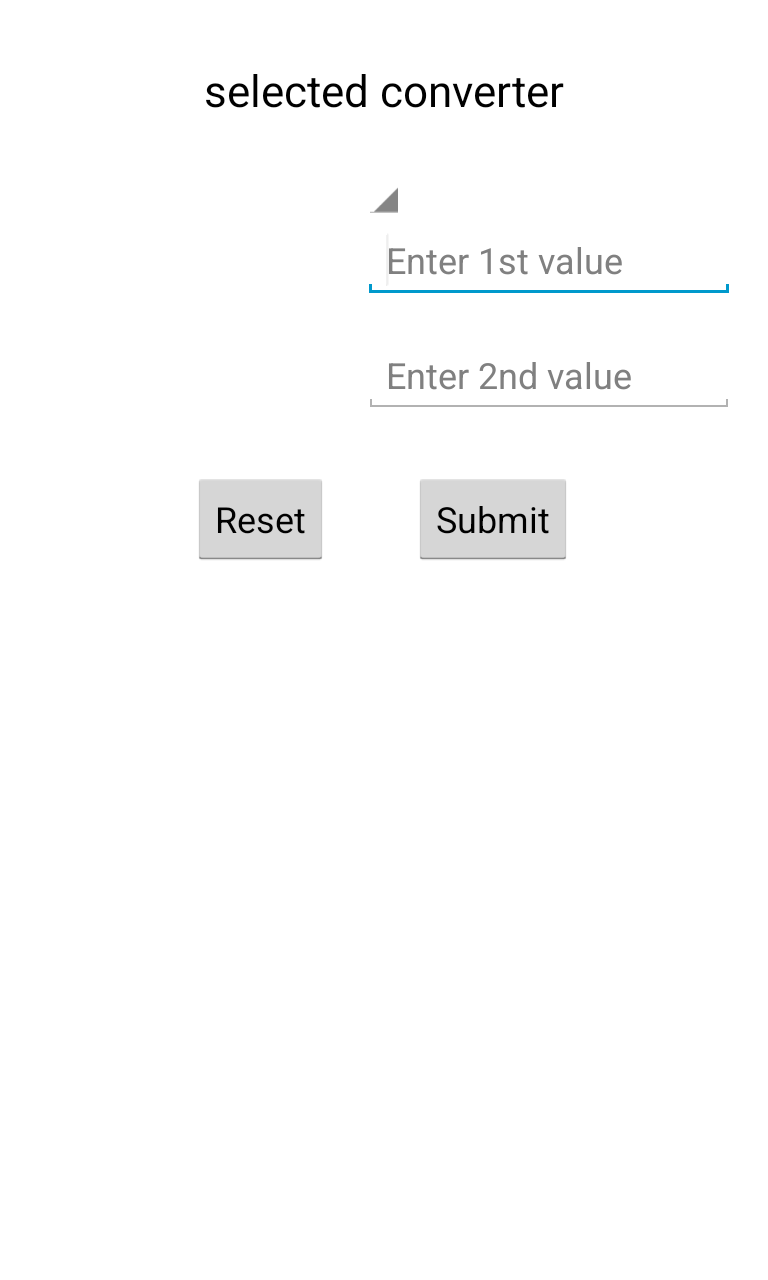
Repository: priyankaaj/practiced-apps
Layout: Converter/res/layout/activity_main.xml
These files come from the project's save history. The layout is drawn as it stood at one moment and after the next save; the edit follows.
It is drawn on a 768 x 1280 px phone screen (xhdpi) without system bars, with theme AppTheme; the app's code is not run.

Above is the layout before, as saved 2015-09-24 18:45:18.

After the next save:
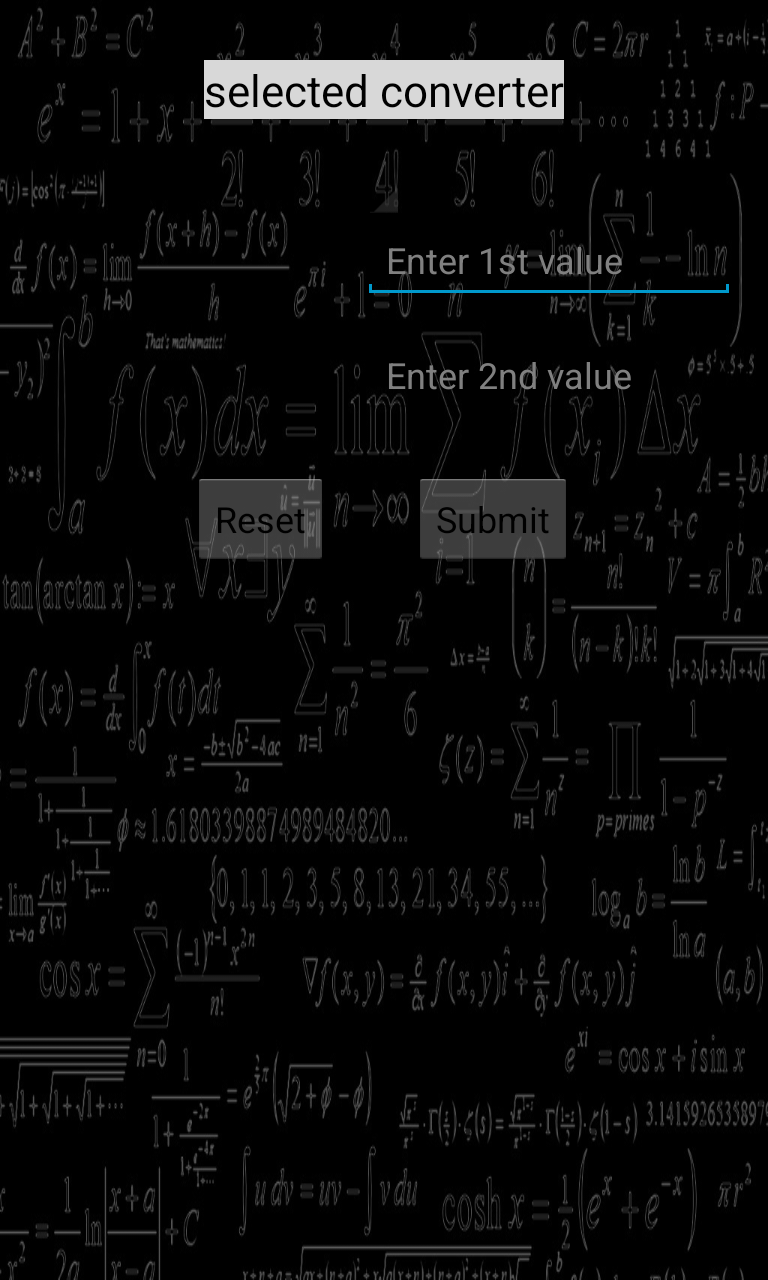
Saved 3 min 49 s later.
--- a/Converter/res/layout/activity_main.xml
+++ b/Converter/res/layout/activity_main.xml
@@ -2,6 +2,7 @@
     xmlns:tools="http://schemas.android.com/tools"
     android:layout_width="match_parent"
     android:layout_height="match_parent"
+    android:background="@drawable/maths_wallpaper"
     android:paddingBottom="@dimen/activity_vertical_margin"
     android:paddingLeft="@dimen/activity_horizontal_margin"
     android:paddingRight="@dimen/activity_horizontal_margin"
@@ -16,6 +17,7 @@
         android:layout_centerHorizontal="true"
         android:layout_marginTop="14dp"
         android:text="selected converter"
+        android:background="#D8D8D8"
         android:textAppearance="?android:attr/textAppearanceLarge" />
 
     <Spinner
